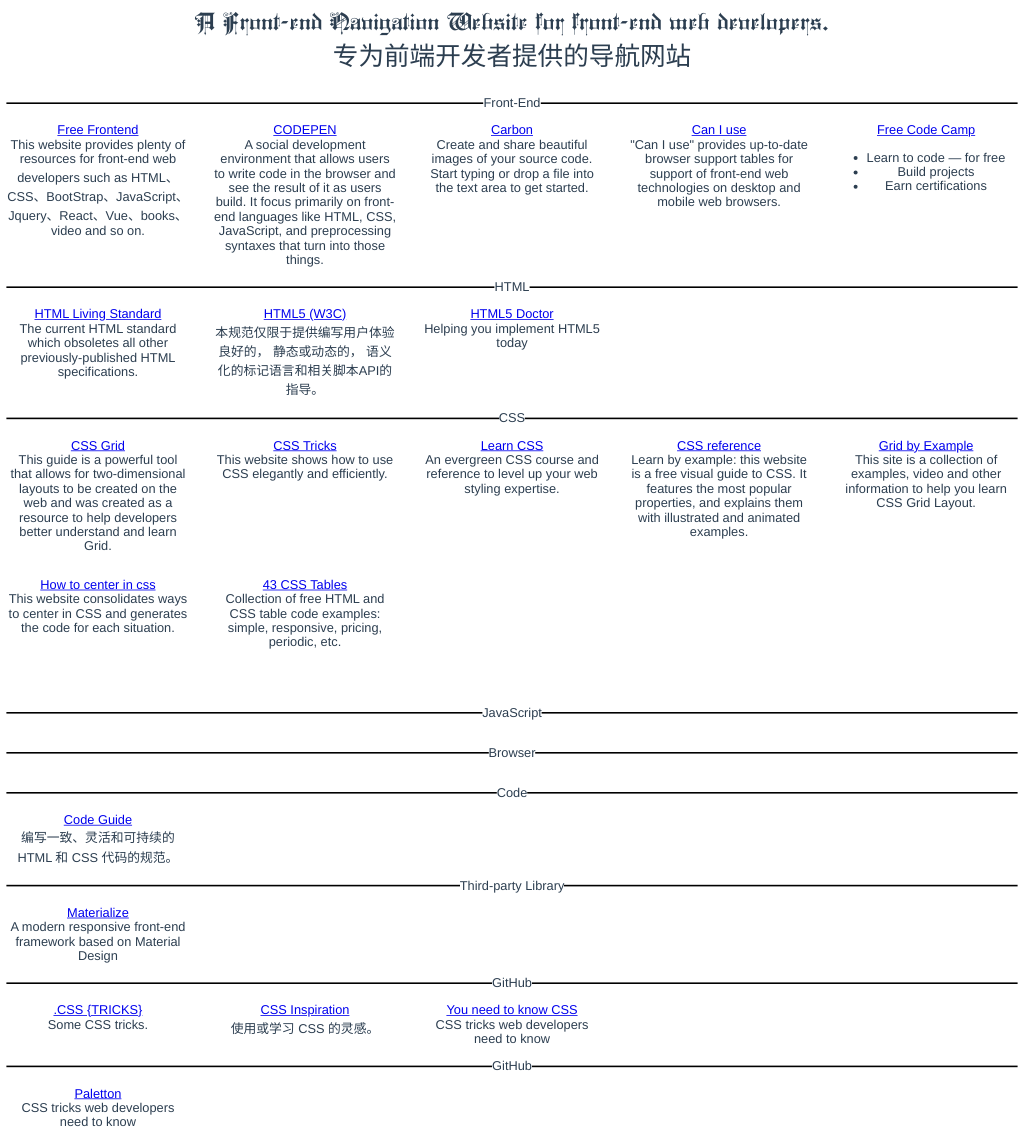
Repository: 321paranoiawhy/fenav.io
Page: /
An editor plug-in stored every save of this project. The page is shown before and after a run of saves, followed by the edit.
The browser window is 1280 px wide. The pictures show the whole page, at 80% of full size.
The project was rebuilt for these pictures with package versions that can differ from the ones it lists, and the page was loaded fresh each time. Also part of the build but not shown: vue.config.js.

Above is the page before, as saved 2022-04-06 01:18:53.

After the next 5 saves:
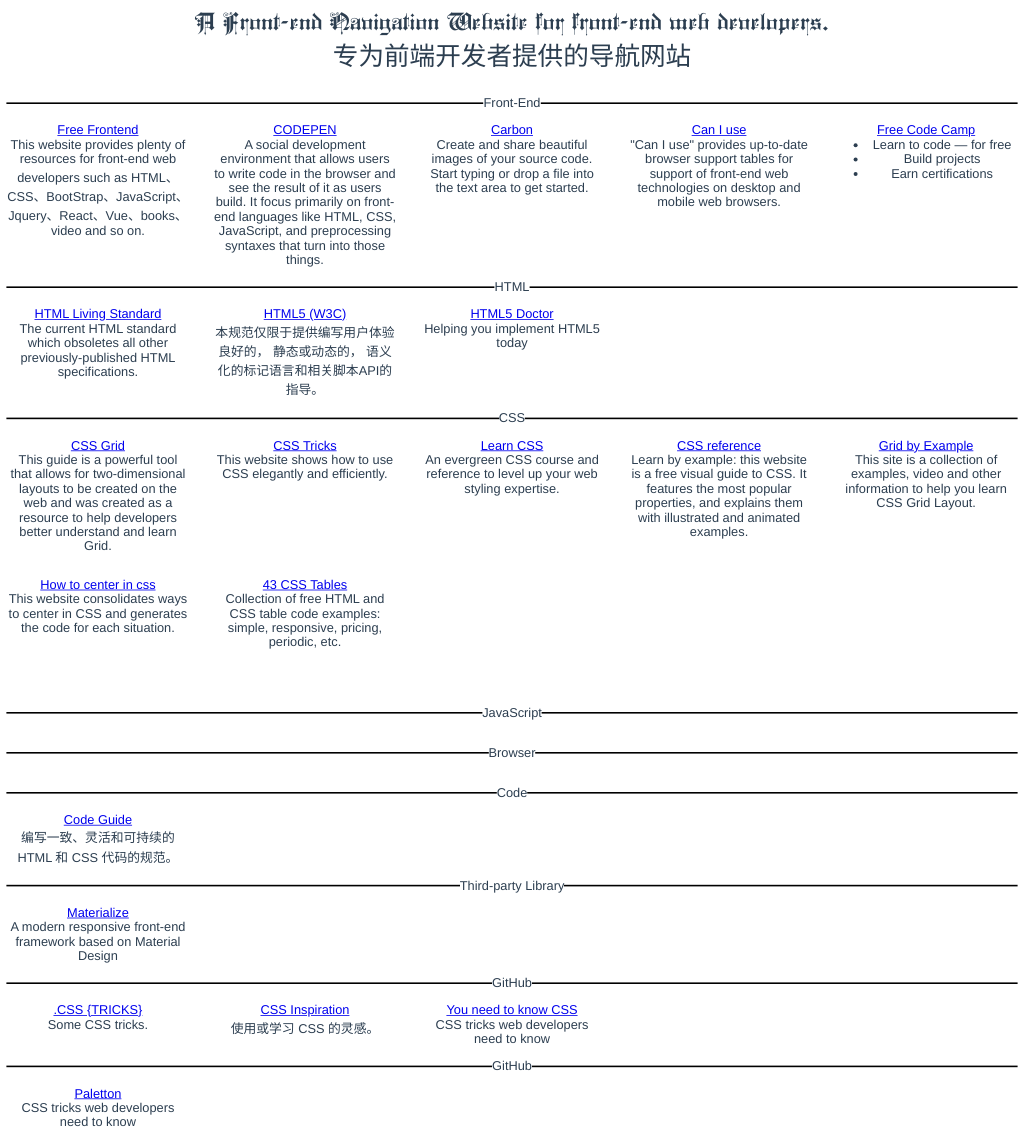
The 5 saves are shown as one change because they came seconds apart.
The last was saved 14 s later.
--- a/src/views/HomeView.vue
+++ b/src/views/HomeView.vue
@@ -251,6 +251,6 @@
 }
 // ul
 ul {
-  float: left;
+  margin: auto;
 }
 </style>
